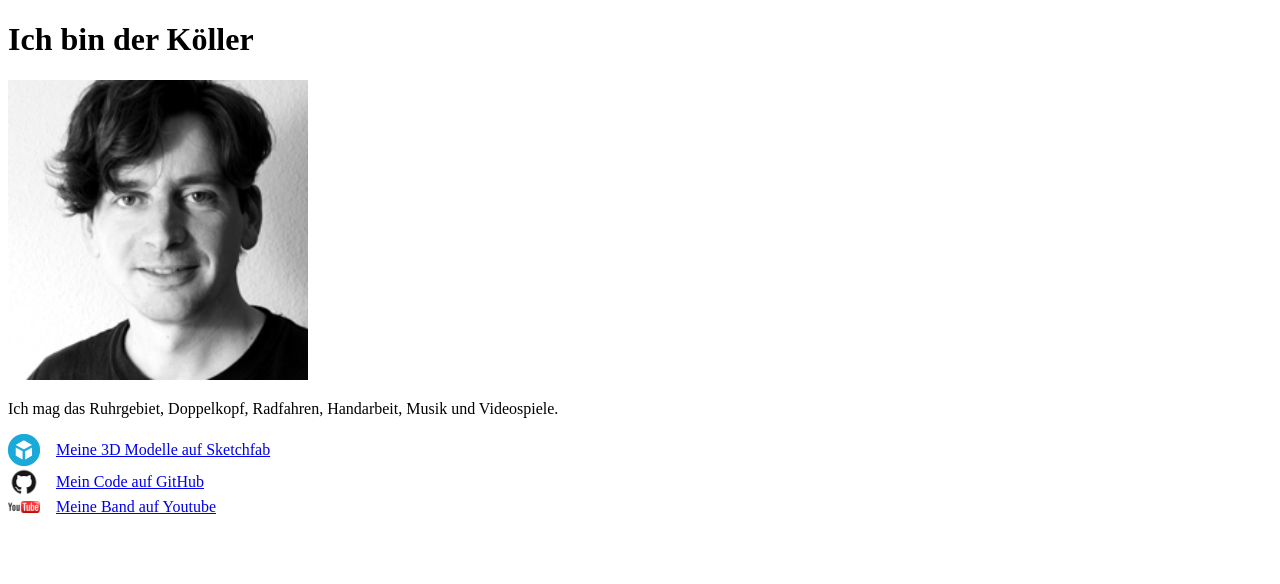
Repository: gringlas/sebastian-koeller.de
Page: index.html
An editor plug-in stored every save of this project. The page is shown before and after the next save, followed by the edit.
The browser window is 1280 px wide. The pictures show the whole page.

Above is the page before, as saved 2022-03-28 23:47:02.

After the next save:
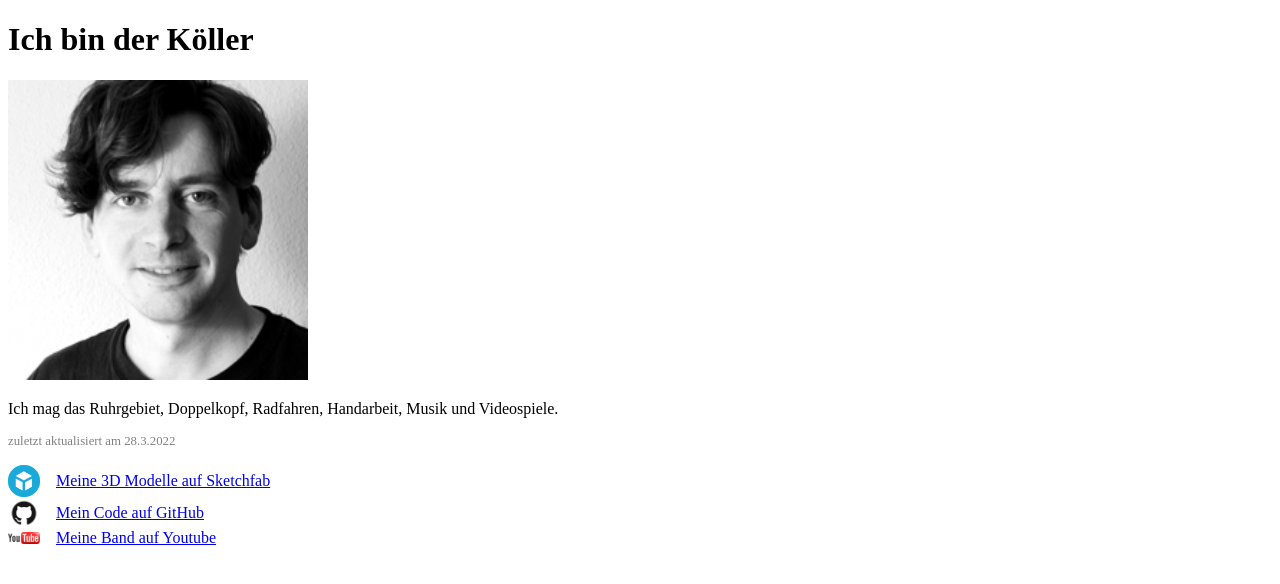
Saved 79 s later.
--- a/index.html
+++ b/index.html
@@ -18,6 +18,11 @@
             display:flex;
             align-items: center;
         }
+
+        .lastModified {
+            font-size:0.8rem;
+            color:grey;
+        }
     </style>
 </head>
 
@@ -25,6 +30,7 @@
     <h1>Ich bin der Köller</h1>
     <img src="images/seb_avatar.jpg" alt="Köller" width="300" height="300">
     <p>Ich mag das Ruhrgebiet, Doppelkopf, Radfahren, Handarbeit, Musik und Videospiele.</p>
+    <div class="lastModified">zuletzt aktualisiert am 28.3.2022</div>
     <ul>
         <li>
             <a href="https://sketchfab.com/gringlas">
